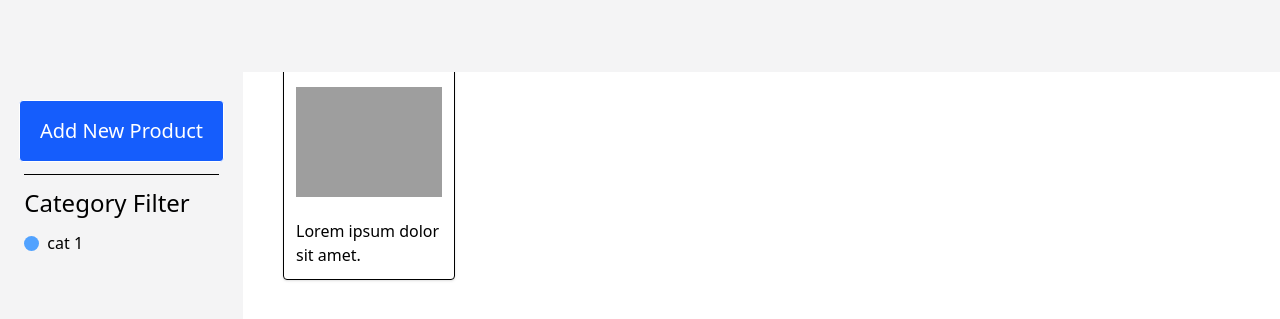
Repository: Habeebur1493/project
Page: /Home
The author's editor kept a copy of each file at every save. The page is drawn from the files as they stood at one save, then again after the next save.
The browser window is 1280 px wide. The pictures show the whole page.
Pictures or frames that could not be fetched are drawn as grey boxes. The project was rebuilt for these pictures with package versions that can differ from the ones it lists, and the page was loaded fresh each time. Also part of the build but not shown: vite.config.js, src/Components/Login.jsx, src/Components/Details.jsx.

Above is the page before, as saved 2025-01-31 11:52:13.

### index.html
<!doctype html>
<html lang="en">
  <head>
    <meta charset="UTF-8" />
    <meta name="viewport" content="width=device-width, initial-scale=1.0" />
    <title>Project</title>
  </head>
  <body>
    <div id="root"></div>
    <script type="module" src="/src/main.jsx"></script>
  </body>
</html>

### src/main.jsx
import React from "react";
import { createRoot } from "react-dom/client";
import App from "./App.jsx";
import { BrowserRouter } from "react-router-dom";

createRoot(document.getElementById("root")).render(

    <BrowserRouter>
      <App />
    </BrowserRouter>

);

### src/App.jsx
import React from "react";
import "./App.css";
import { Route, Routes } from "react-router-dom";
import Login from "./Components/Login.jsx";
import Home from "./Components/Home.jsx";
import Details from "./Components/Details.jsx";

const App = () => {
  return (
    <div className="h-screen w-screen flex">
      <Routes>
        <Route path="/" element={<Login />} />
        <Route path="/Home" element={<Home />} />
        <Route path="/details/:id" element={<Details />} />
      </Routes>
    </div>
  );
};

export default App;

### src/Components/Home.jsx
import React from 'react'
import Nav from './Nav'
import { Link } from 'react-router-dom'



const Home = () => {
  return (
    <>
    <Nav />

    <div className='w-[85%] px-10 pt-[5%] flex flex-wrap overflow-x-hidden overflow-y-auto'>
          <Link
          to='/details/1'
            className='mr-3 mb-3 card p-3 border shadow rounded w-[18%] h-[30vh] flex-col flex
            justify-center items-center'>
            <div
               className='hover:scale-110 mb-3 w-full h-[80%] bg-contain bg-no-repeat bg-center'
               style={{
                  backgroundImage:
                      "url(https://fakestoreapi.com/img/81fPKd-2AYL._AC_SL1500_.jpg)",
               }}
            ></div>
            <h1 className="hover:text-blue-300">Lorem ipsum dolor sit amet.</h1>
        </Link>
    </div>
    </>
  )
}

export default Home

### src/Components/Nav.jsx
import React from "react";

const Nav = () => {
  return (
    <>
      <nav className="w-[20%] h-[100%] bg-zinc-100 flex flex-col items-center pt-5  ">
        <a
          className="mt-20 py-4 px-5 border rounded text-white text-xl bg-blue-600"
          href="/create"
        >
          Add New Product
        </a>
        <hr className="my-3 w-[80%]" />
        <h1 className="text-2xl mb-3 w-[80%]">Category Filter</h1>
        <ul className="w-[80%]">
          <li className="flex items-center mb-3">
            <span className="rounded-full mr-2 w-[15px] h-[15px] bg-blue-400"></span>
            {""}
            cat 1
          </li>
        </ul>
      </nav>

      <nav className="w-screen h-[10%] bg-zinc-100 flex justify-evenly
      items-center absolute overflow-y-auto">

      </nav>
    </>
  );
};

export default Nav;

Loaded but not shown: src/App.css (common file)

After the next save:
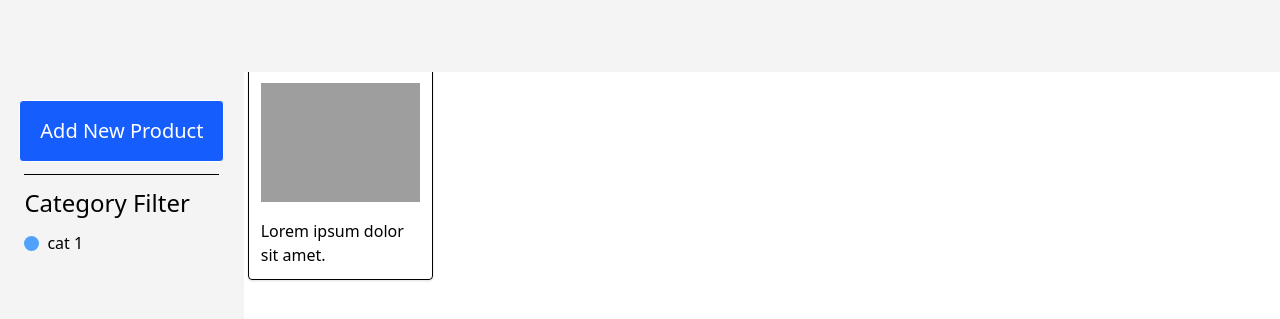
Saved 21 s later.
--- a/src/Components/Home.jsx
+++ b/src/Components/Home.jsx
@@ -9,7 +9,7 @@ const Home = () => {
     <>
     <Nav />
 
-    <div className='w-[85%] px-10 pt-[5%] flex flex-wrap overflow-x-hidden overflow-y-auto'>
+    <div className='w-[85%] px-1 pt-[5%] flex flex-wrap overflow-x-hidden overflow-y-auto'>
           <Link
           to='/details/1'
             className='mr-3 mb-3 card p-3 border shadow rounded w-[18%] h-[30vh] flex-col flex
